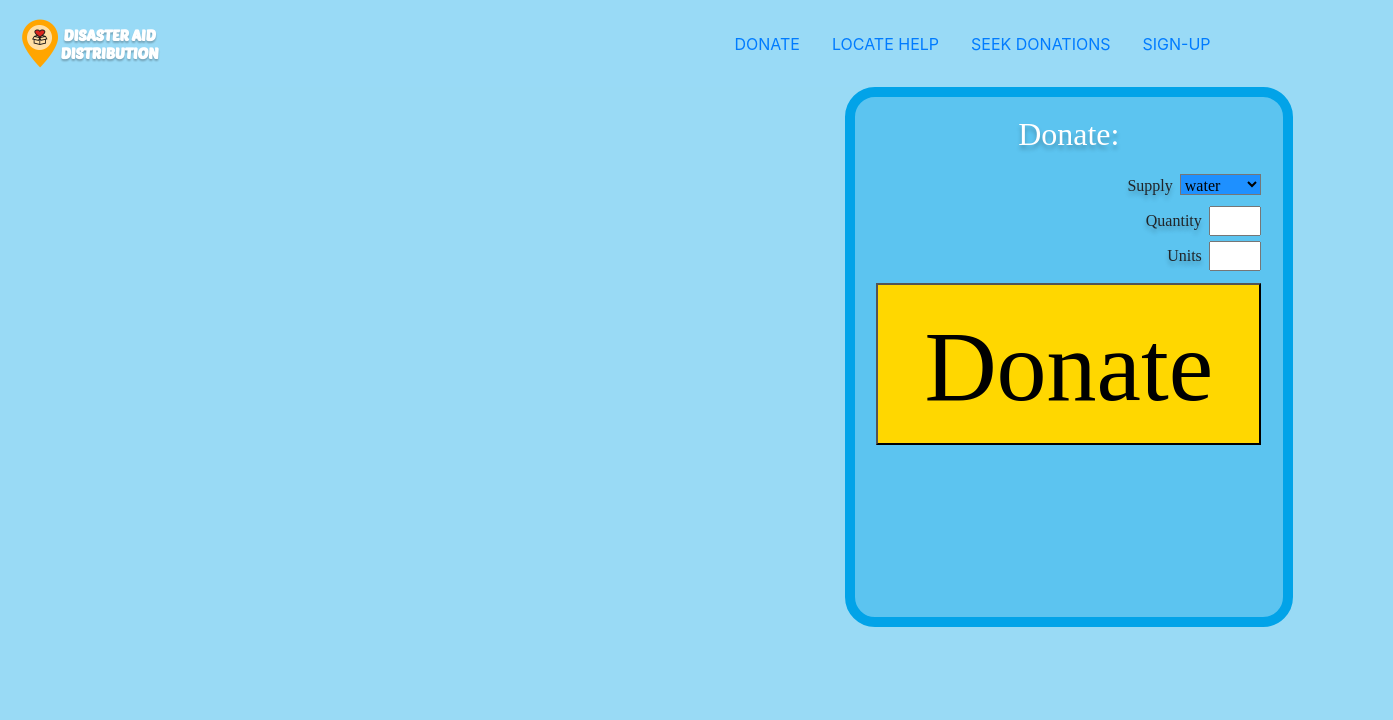
Repository: uprm-inso-4115-2019-2020-S2/semester-project-inso4115-DisasterAid-backend
Page: /donate-modal (app in disaster-aid/)
The author's editor kept a copy of each file at every save. The page is drawn from the files as they stood at one save, then again after a run of saves.
The browser window is 1280 px wide. The page is 1293 px wide, then 1393 px, then 1293 px, so the pictures cover 1393 px, including what lies to the right of the window. The pictures show the whole page.
The project was rebuilt for these pictures with package versions that can differ from the ones it lists, and the page was loaded fresh each time. Also part of the build but not shown: disaster-aid/angular.json, disaster-aid/src/app/login/login.component.ts, disaster-aid/src/app/register/register.component.ts, disaster-aid/src/app/home/home.component.ts, disaster-aid/src/app/landing-page/landing-page.component.ts, disaster-aid/src/app/donations/donations.component.ts, disaster-aid/src/app/donations.service.ts.

Above is the page before, as saved 2020-05-09 01:58:16.

After the next 2 saves:
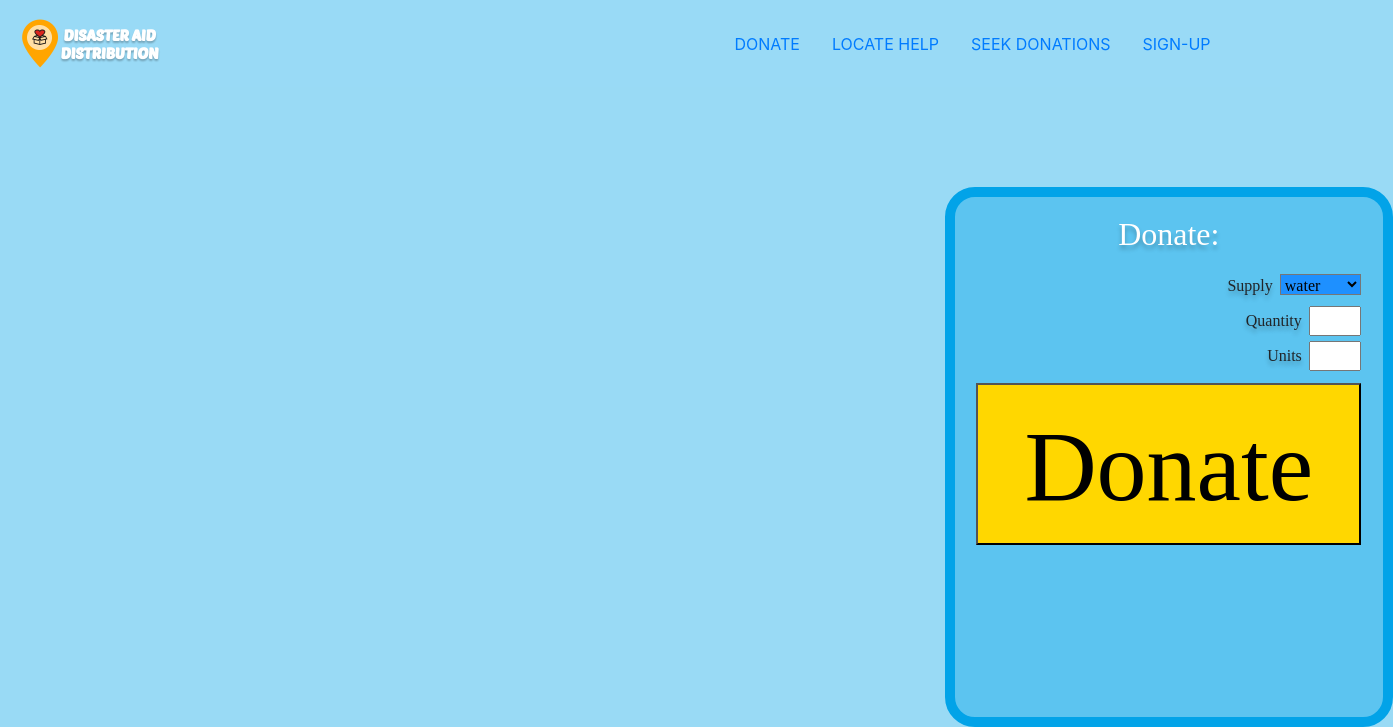
The 2 saves are shown as one change because they came seconds apart.
The last was saved 94 s later.
--- a/disaster-aid/src/app/donate-modal/donate-modal.component.css
+++ b/disaster-aid/src/app/donate-modal/donate-modal.component.css
@@ -5,6 +5,7 @@
     left: 66%;
     /* right: 10%;
     top: 10%; */
+    margin: 100px;
     background: rgba(2, 163, 232, 0.4);
     border: 10px solid #02A3E8;
     border-radius: 30px;

After the save that followed:
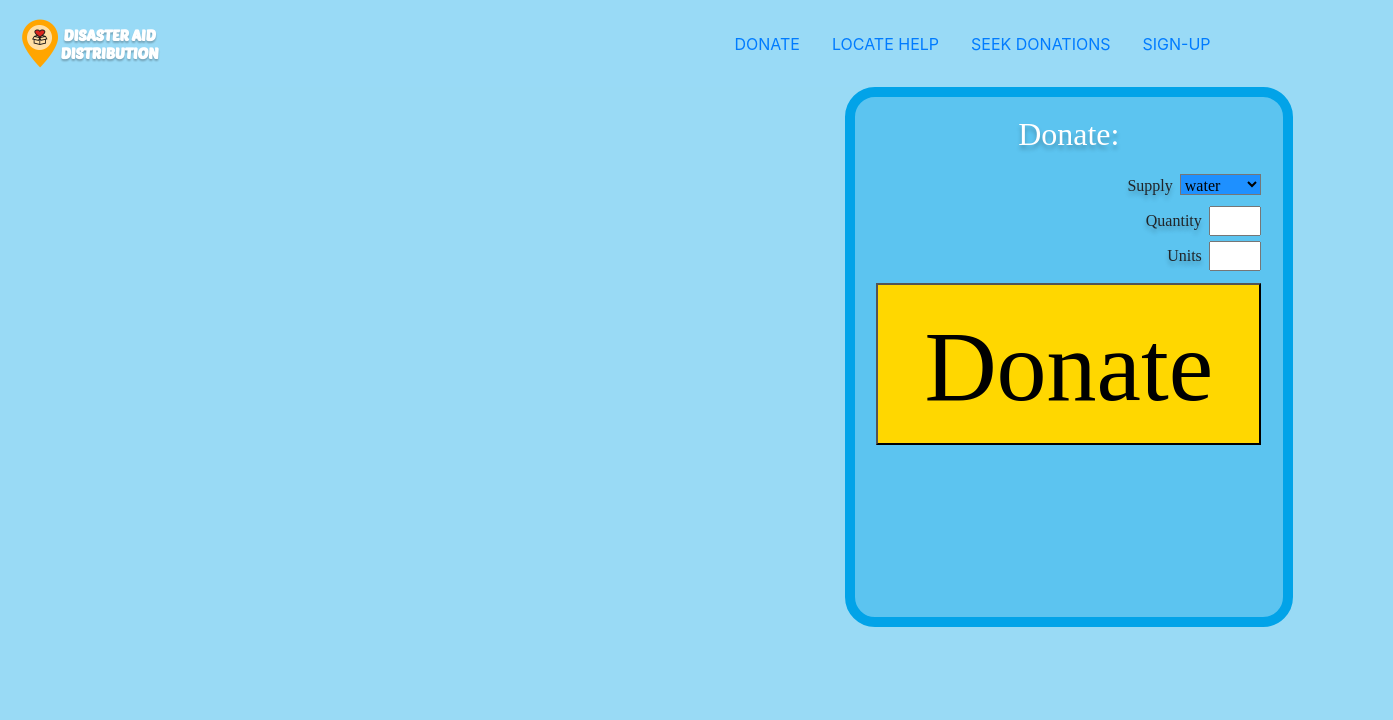
Saved 19 s later.
--- a/disaster-aid/src/app/donate-modal/donate-modal.component.css
+++ b/disaster-aid/src/app/donate-modal/donate-modal.component.css
@@ -5,7 +5,7 @@
     left: 66%;
     /* right: 10%;
     top: 10%; */
-    margin: 100px;
+    margin-right: 100px;
     background: rgba(2, 163, 232, 0.4);
     border: 10px solid #02A3E8;
     border-radius: 30px;
